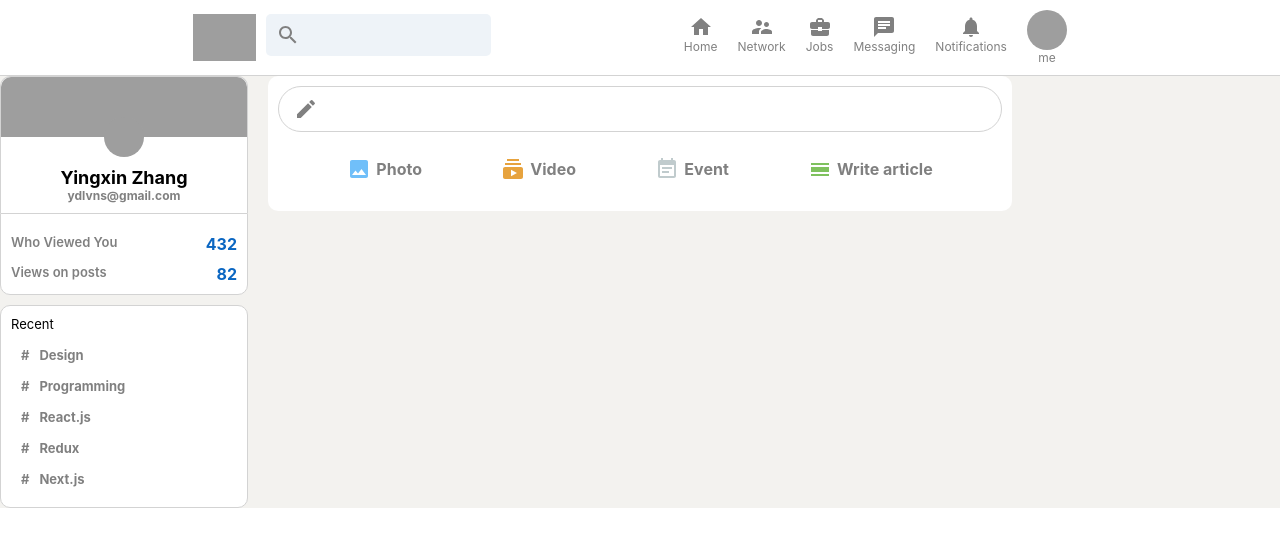
Repository: Tracy-maker/linkedin_clone
Page: /
The author's editor kept a copy of each file at every save. The page is drawn from the files as they stood at one save, then again after a run of saves.
The browser window is 1280 px wide. The pictures show the whole page.
Pictures or frames that could not be fetched are drawn as grey boxes. The project was rebuilt for these pictures with package versions that can differ from the ones it lists, and the page was loaded fresh each time.

Above is the page before, as saved 2023-11-06 21:35:18.

After the next 2 saves:
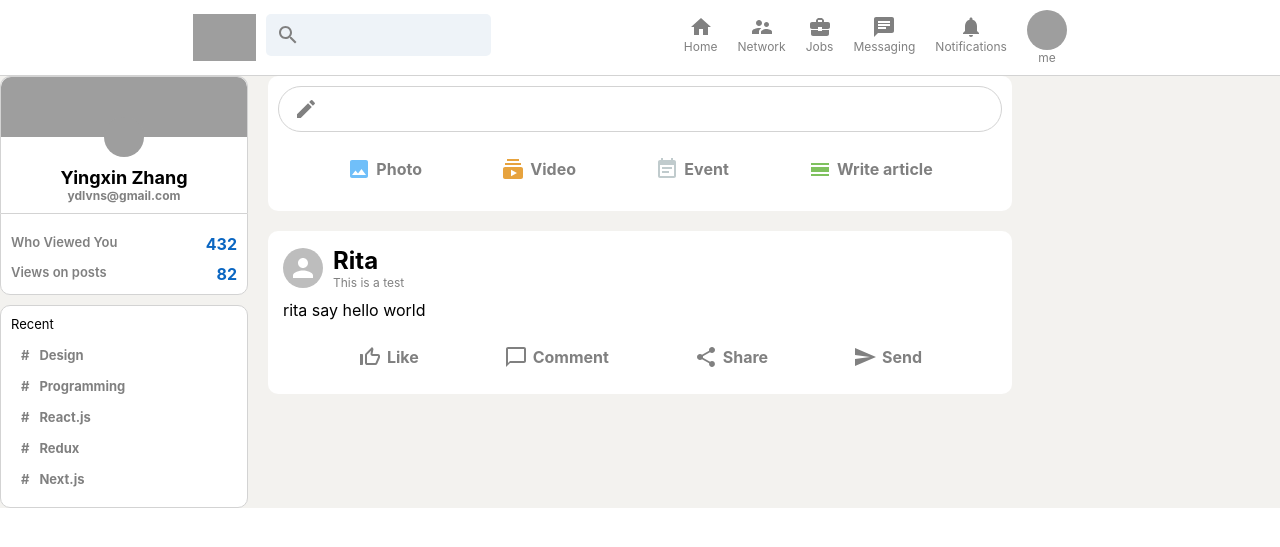
The 2 saves are shown as one change because they came seconds apart.
The last was saved 5 min 41 s later.
--- a/src/components/Post/Post.jsx
+++ b/src/components/Post/Post.jsx
@@ -1,7 +1,68 @@
-import React from "react";
+import styled from "styled-components";
+import { Avatar } from "@mui/material";
+import InputOption from "../InputOption/InputOption";
+import ThumbUpOffAltIcon from "@mui/icons-material/ThumbUpOffAlt";
+import ChatBubbleOutlineIcon from "@mui/icons-material/ChatBubbleOutline";
+import ShareIcon from "@mui/icons-material/Share";
+import SendIcon from "@mui/icons-material/Send";
 
-function Post() {
-  return <div></div>;
+const PostContainer = styled.div`
+  background-color: white;
+  padding: 15px;
+  margin-bottom: 10px;
+  border-radius: 10px;
+`;
+
+const PostHeader = styled.div`
+  display: flex;
+  margin-bottom: 10px;
+  align-items: center;
+`;
+
+const PostInfo = styled.div`
+  margin-left: 10px;
+  font-size: 16px;
+
+  p {
+    font-size: 12px;
+    color: gray;
+  }
+`;
+
+const PostBody = styled.div`
+  overflow-wrap: anywhere;
+`;
+
+const PostButton = styled.div`
+  display: flex;
+  justify-content: space-evenly;
+`;
+
+function Post({ name, description, message, photourl }) {
+  return (
+    <PostContainer>
+      <PostHeader>
+        <Avatar src={photourl} />
+        <PostInfo>
+          <h2>{name}</h2>
+          <p>{description}</p>
+        </PostInfo>
+      </PostHeader>
+      <PostBody>
+        <p>{message}</p>
+      </PostBody>
+      <PostButton>
+        <InputOption Icon={ThumbUpOffAltIcon} title="Like" color="gray" />
+        <InputOption
+          Icon={ChatBubbleOutlineIcon}
+          title="Comment"
+          color="gray"
+        />
+        <InputOption Icon={ShareIcon} title="Share" color="gray" />
+        <InputOption Icon={SendIcon} title="Send" color="gray" />
+      </PostButton>
+    </PostContainer>
+  );
 }
 
 export default Post;
